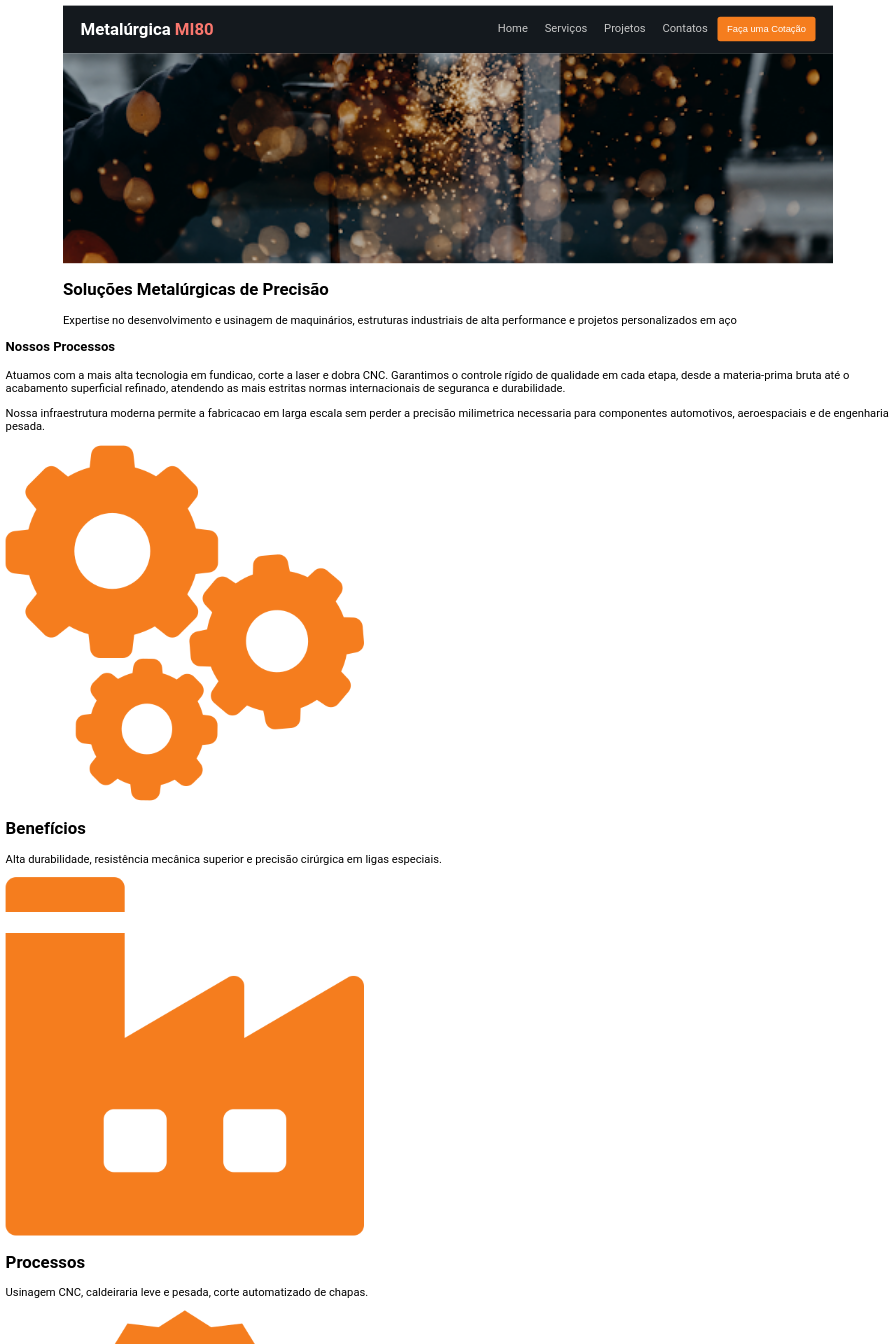
Repository: guiCherpinski/landing-page-metalurgica
Page: index.html
An editor plug-in stored every save of this project. The page is shown before and after the next save, followed by the edit.
The browser window is 1280 px wide. The pictures show the part of the page from y = 0 to 1920 px (the page is 5841 px tall), at 70% of full size.

Above is the page before, as saved 2026-06-03 19:54:46.

After the next save:
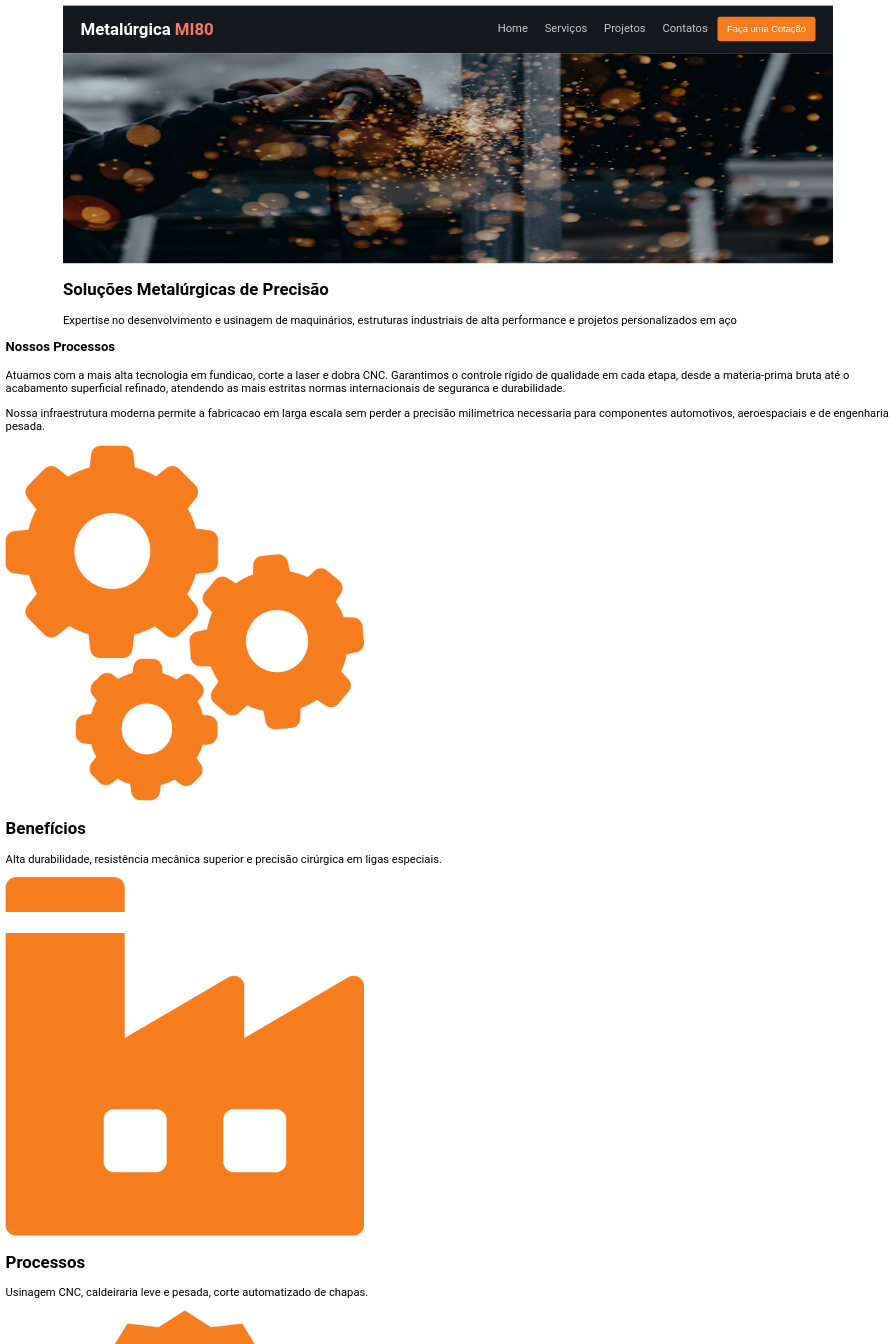
Saved 12 s later.
--- a/style.css
+++ b/style.css
@@ -47,7 +47,6 @@
 }
 
 .hero-section img{
-    object-fit: cover;
     width: 1100px;
     height: 300px;
 }

After the 2 saves that followed:
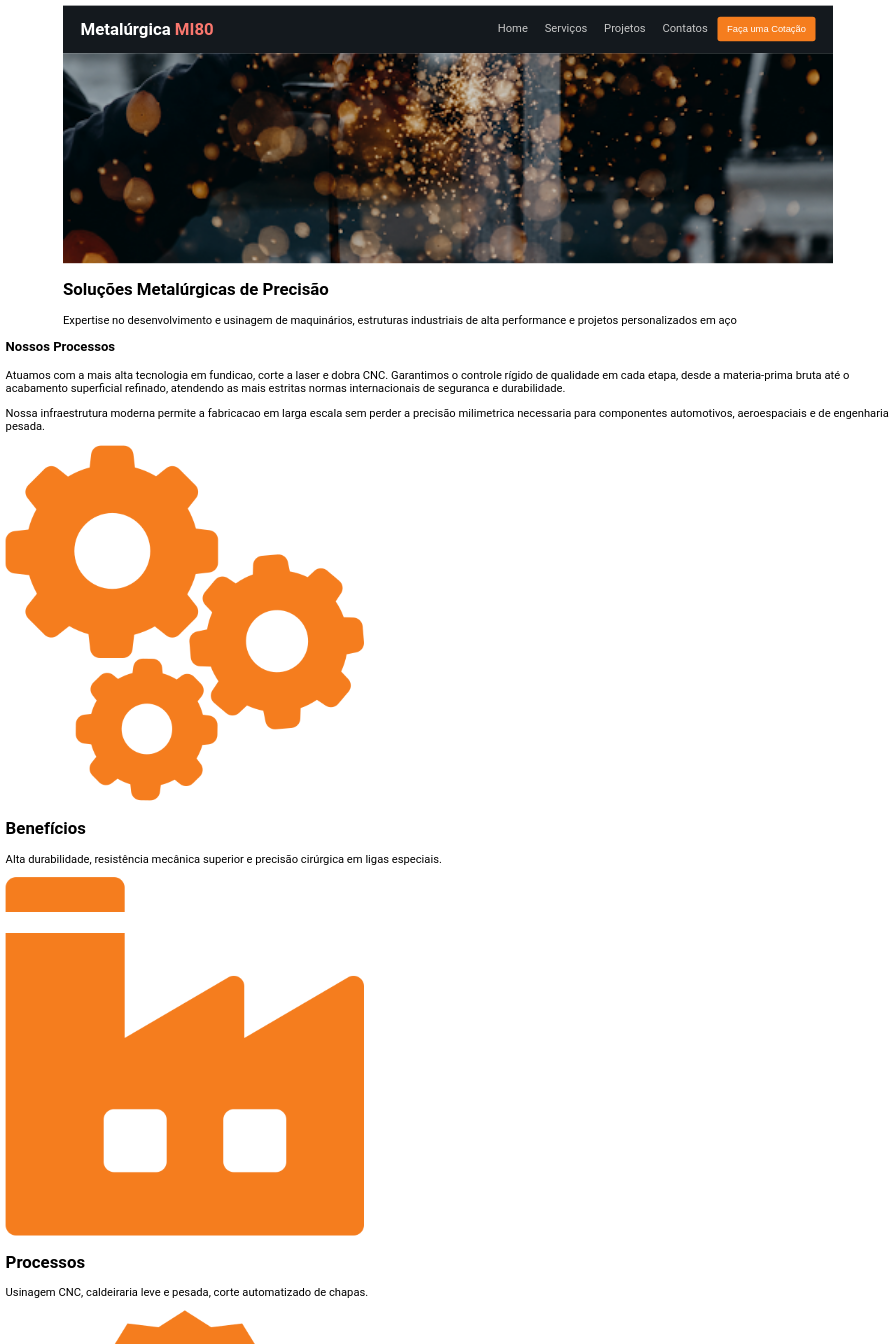
The 2 saves are shown as one change because 1 left the picture as it was.
The last was saved 18 s later.
--- a/style.css
+++ b/style.css
@@ -49,4 +49,5 @@
 .hero-section img{
     width: 1100px;
     height: 300px;
+    object-fit: cover;
 }
